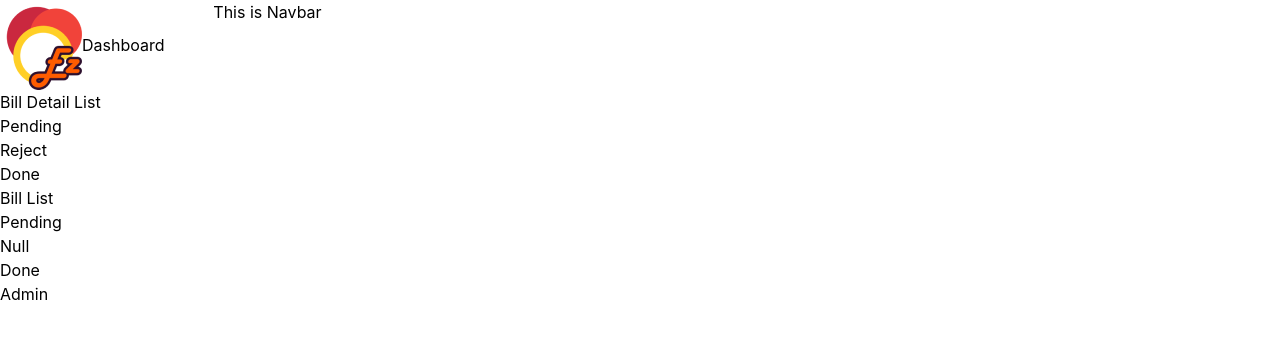
Repository: ntuan2502/mhhpm-admin
Page: /
These files come from the project's save history. The page is drawn as it stood at one moment and after the next save; the edit follows.
The browser window is 1280 px wide. The pictures show the whole page.
The project was rebuilt for these pictures with package versions that can differ from the ones it lists, and the page was loaded fresh each time. The framework's server and built-in components were replaced by stand-ins that run in the browser. Also part of the build but not shown: next.config.js, components/Footer.js, styles/Home.module.css.

Above is the page before, as saved 2022-01-07 20:41:09.

### pages/_app.js
import Layout from '../components/Layout';
import '../styles/globals.css';

function MyApp({ Component, pageProps }) {
	return (
		<Layout>
			<Component {...pageProps} />
		</Layout>
	);
}

export default MyApp;

### pages/index.js
import Head from 'next/head';
import Image from 'next/image';
import styles from '../styles/Home.module.css';
import Link from 'next/link';
import { useState } from 'react';
import { useEffect } from 'react';

export default function Home() {
	return (
		<>
			<Head>
				<title>EzOrder | Home</title>
				<meta name="keywords" content="EzOrder"></meta>
			</Head>
		</>
	);
}

### components/Layout.js
import Navbar from './Navbar';
import Footer from './Footer';
import Sidebar from './Sidebar';

const Layout = ({ children }) => {
	return (
		<div className="flex">
			<div className="w-1/6">
				<Sidebar />
			</div>
			<div className="w-5/6">
				<Navbar />
				{children}
			</div>
		</div>
	);
};

export default Layout;

### components/Navbar.js
import Link from 'next/link';
import Image from 'next/image';

const Navbar = () => {
	return (
		<nav>
			<h1>This is Navbar</h1>
		</nav>
	);
};

export default Navbar;

### components/Sidebar.js
import React from 'react';
import Image from 'next/image';

export default function Sidebar() {
	return (
		<div className="Sildebar">
			<div className="flex items-center">
				<Image src="/assets/images/Logo 1.png" width={82} height={90}></Image>
				<div>Dashboard</div>
			</div>
			<div className="flex ">Bill Detail List</div>
			<div>Pending</div>
			<div>Reject</div>
			<div>Done</div>
			<div>Bill List</div>
			<div>Pending</div>
			<div>Null</div>
			<div>Done</div>
			<div>Admin</div>
		</div>
	);
}

Loaded but not shown: styles/globals.css (common file); tailwind.config.js (common file)

After the next save:
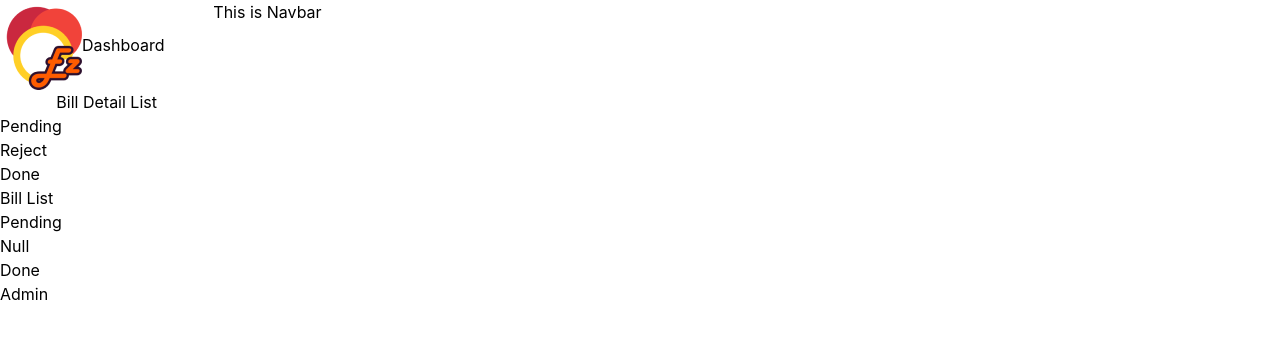
Saved 8 s later.
--- a/components/Sidebar.js
+++ b/components/Sidebar.js
@@ -8,7 +8,7 @@
 				<Image src="/assets/images/Logo 1.png" width={82} height={90}></Image>
 				<div>Dashboard</div>
 			</div>
-			<div className="flex ">Bill Detail List</div>
+			<div className="flex justify-center">Bill Detail List</div>
 			<div>Pending</div>
 			<div>Reject</div>
 			<div>Done</div>
